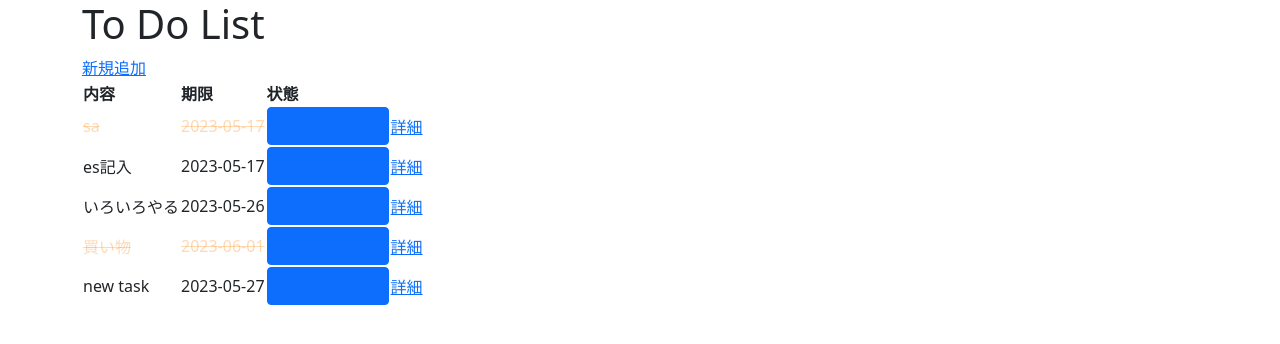
Repository: sgmtg/ToDoList
Page: http://localhost/
The author's editor kept a record of every edit. The page is drawn from the files as they stood at one moment, then again after the next edit.
The browser window is 1280 px wide. The pictures show the whole page.
The page is served by the project's application, run on Flask 3 (app.py). The page reads the database file committed with the project.

Above is the page before.

### templates/index.html
{% extends 'base.html' %}

{% block body %}
<div class="container">
  <div class="row">
    <div>
        <h1>To Do List</h1>
        <a href="/create">新規追加</a>
        <table>
            </th><th>内容</th><th>期限</th><th>状態</th></tr>
        <tbody>
        {% for post in posts %}
            <tr>
                <span>
                <td  {% if post.done %} class="done" {% endif %}>{{ post.title }}</td>
                <td  {% if post.done %} class="done" {% endif %}>{{ post.due.date() }}</td>
                </span>
                <td><a href="/change_status/{{ post.id }}">
                    <button type="submit" class="btn btn-primary">
                    {% if post.done %}未完了に戻す
                    {% else %}完了ボタン
                    {% endif %}</a></td>
                <td><a href="/detail/{{ post.id }}">詳細</a></td>

            </tr>
        {% endfor %}
        </tbody>
        </table>
    </div>
  </div>
</div>
{% endblock %}

### templates/base.html
<html lang="ja">
    <head>
        <title>My To Do List</title>
        <meta charset="UTF-8">
        <meta name="viewport" content="width=device-width, initial-scale=1.0">
        <link rel="stylesheet" href="/static/css/style.css">
        <link href="https://cdn.jsdelivr.net/npm/bootstrap@5.0.2/dist/css/bootstrap.min.css" rel="stylesheet" integrity="sha384-EVSTQN3/azprG1Anm3QDgpJLIm9Nao0Yz1ztcQTwFspd3yD65VohhpuuCOmLASjC" crossorigin="anonymous">
        {% block head %}{% endblock %}
    </head>
    <body>
       {% block body %}{% endblock %}
    </body>
</html>

### app.py
from flask import Flask, request, render_template, redirect, url_for
from flask_sqlalchemy import SQLAlchemy
from datetime import datetime

app = Flask(__name__)
app.config['SQLALCHEMY_DATABASE_URI'] = 'sqlite:///todo.db'  # todo.dbという名前のdbを設定
db = SQLAlchemy(app)  # dbを生成



class Post(db.Model):
    id = db.Column(db.Integer, primary_key=True)  # 主キー
    title = db.Column(db.String(30), nullable=False)
    detail = db.Column(db.String(100))  # 空でもok
    due = db.Column(db.DateTime, nullable=False)  # 日付型を指定
    done = db.Column(db.Boolean, default=False)  # 完了かどうか



@app.route('/', methods=['GET', 'POST'])
def index():
    if request.method == 'GET':
        posts = Post.query.all()
        return render_template('index.html', posts=posts)

    else:
        title = request.form.get('title')
        detail = request.form.get('detail')
        due = request.form.get('due')

        due = datetime.strptime(due, '%Y-%m-%d')  # フォームから文字列を受け取るため日付型に変換
        new_post = Post(title=title, detail=detail, due=due)

        db.session.add(new_post)
        db.session.commit()
        return redirect('/')

@app.route('/create')
def create():
    return render_template('create.html')


@app.route('/detail/<int:id>')
def detail(id):
    post = Post.query.get(id)  # 該当するidの投稿内容を取得
    return render_template('detail.html', post=post)

@app.route('/change_status/<int:id>')
def change_status(id):
    app.logger.info(id)

    post = Post.query.get(id)
    app.logger.info(post)

    post.done = not post.done
    db.session.commit()
    return redirect('/')


# アプリケーションコンテキスト内でデータベース操作を行うための関数を作成
def create_tables():
    db.create_all()


if __name__ == "__main__":
    app.run(port=3000, debug=True)  # 8080
    create_tables()

### static/css/style.css

.done {
  text-decoration: line-through;
  color: hsla(30, 100%, 50%, .3);
}

### instance/todo.db (the tables this page reads, as SQL)
CREATE TABLE post (
	id INTEGER NOT NULL, 
	title VARCHAR(30) NOT NULL, 
	detail VARCHAR(100), 
	due DATETIME NOT NULL, 
	done BOOLEAN, 
	PRIMARY KEY (id)
);
INSERT INTO "post" VALUES
(1, 'sa', '上記の修正では、app.app_context()のコンテキストマネージャを使用してアプリケーションコンテキストを作成し、その中でdb.create_all()を実行しています。これにより、アプリケーションコンテキスト内でデータベース操作が行われます。', '2023-05-17 00:00:00.000000', 1),
(2, 'es記入', 'さまざまな Forms (フォーム) を作成するための control styles (フォームコントロールスタイル)、layout options (レイアウトオプション)、custom components (カスタムコンポ', '2023-05-17 00:00:00.000000', 0),
(3, 'いろいろやる', '', '2023-05-26 00:00:00.000000', 0),
(4, '買い物', 'ここに詳細を記入', '2023-06-01 00:00:00.000000', 1),
(5, 'new task', 'hogehoge', '2023-05-27 00:00:00.000000', 0);

After the next edit:
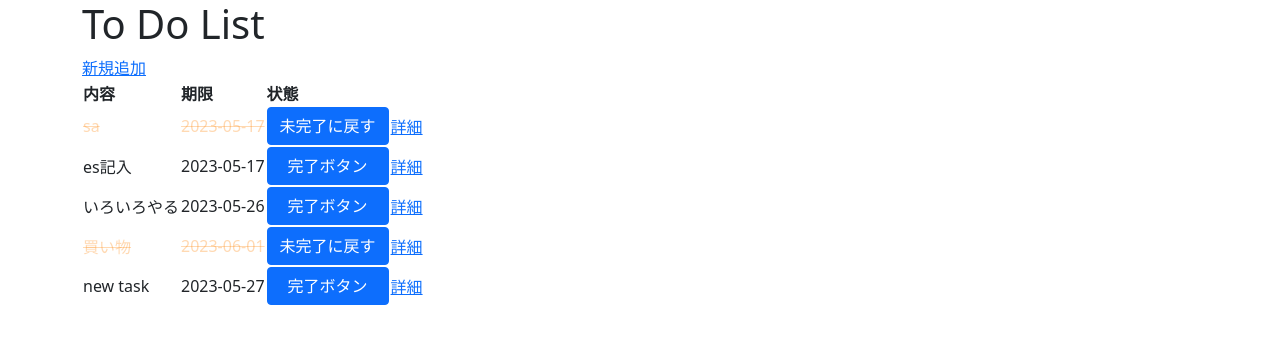
The edit:
--- a/templates/index.html
+++ b/templates/index.html
@@ -19,7 +19,9 @@
                     <button type="submit" class="btn btn-primary">
                     {% if post.done %}未完了に戻す
                     {% else %}完了ボタン
-                    {% endif %}</a></td>
+                    {% endif %}
+                    </button>
+                    </a></td>
                 <td><a href="/detail/{{ post.id }}">詳細</a></td>
 
             </tr>
